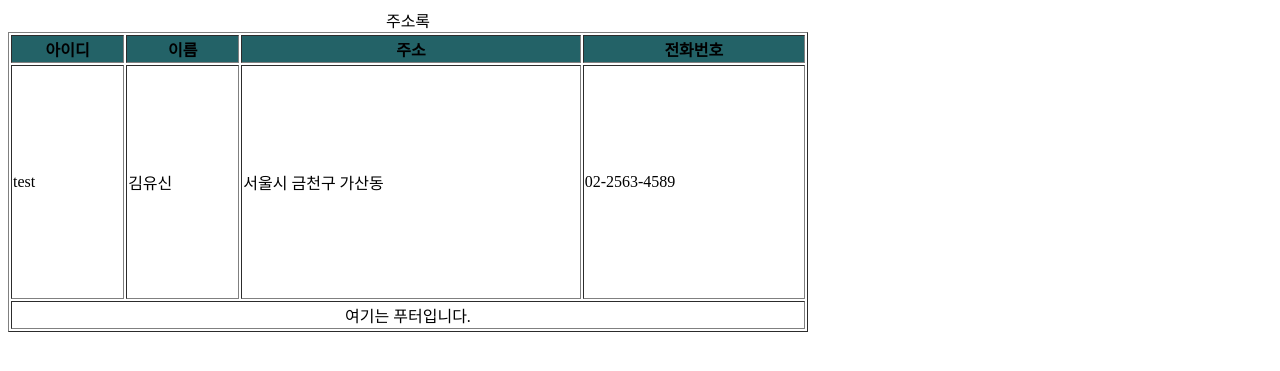
Repository: rightsecond3/java52
Page: workspace_script/dev_html/WebContent/html_table/table_1.html
An editor plug-in stored every save of this project. The page is shown before and after the next save, followed by the edit.
The browser window is 1280 px wide. The pictures show the whole page.

Above is the page before, as saved 2019-06-10 02:22:22.

### workspace_script/dev_html/WebContent/html_table/table_1.html
<!DOCTYPE html>
<html>
<head>
<meta charset="UTF-8">
<title>주소록</title>
</head>
<body>
	<table border="1" width="800px" height="300px">
		<!-- 테이블의 이름 지정 -->
		<caption>주소록</caption>
		<thead>
			<!-- 로우 -->
			<tr bgColor="#236267">
				<!-- 컬럼 -->
				<th>아이디</th>
				<th>이름</th>
				<th>주소</th>
				<th>전화번호</th>
			</tr>
		</thead>
		<tbody>
			<tr>
				<td>test</td>
				<td>김유신</td>
				<td>서울시 금천구 가산동</td>
				<td>02-2563-4589</td>
			</tr>
		</tbody>
		<tfoot>
			<tr>
				<!-- colspan:셀병합, align : 정렬상태 -->
				<td colspan="4" align="center">여기는 푸터입니다.</td>
			</tr>
		</tfoot>
	</table>
</body>
</html>

After the next save:
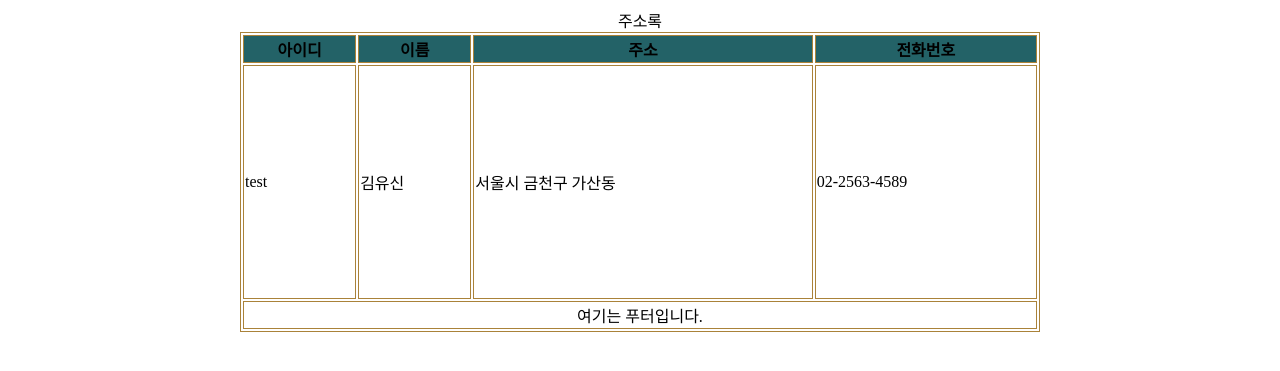
Saved 44 s later.
--- a/workspace_script/dev_html/WebContent/html_table/table_1.html
+++ b/workspace_script/dev_html/WebContent/html_table/table_1.html
@@ -5,7 +5,7 @@
 <title>주소록</title>
 </head>
 <body>
-	<table border="1" width="800px" height="300px">
+	<table align="center" borderColor="#AA8239" border="1" width="800px" height="300px">
 		<!-- 테이블의 이름 지정 -->
 		<caption>주소록</caption>
 		<thead>
